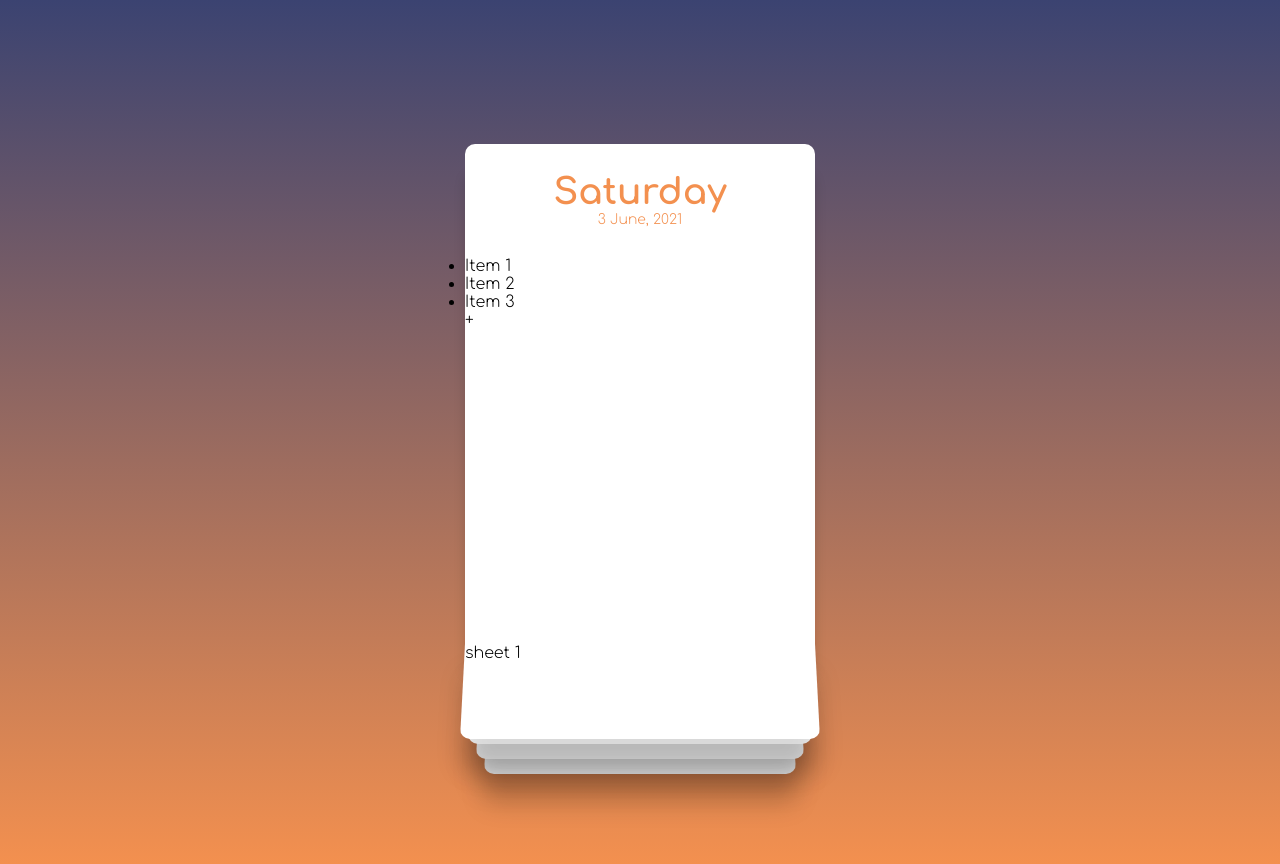
Repository: Colo-Codes/mini-projects
Page: todo-app/index.html
These files come from the project's save history. The page is drawn as it stood at one moment and after the next save; the edit follows.
The browser window is 1280 px wide. The pictures show the whole page.

Above is the page before, as saved 2021-07-04 11:56:28.

After the next save:
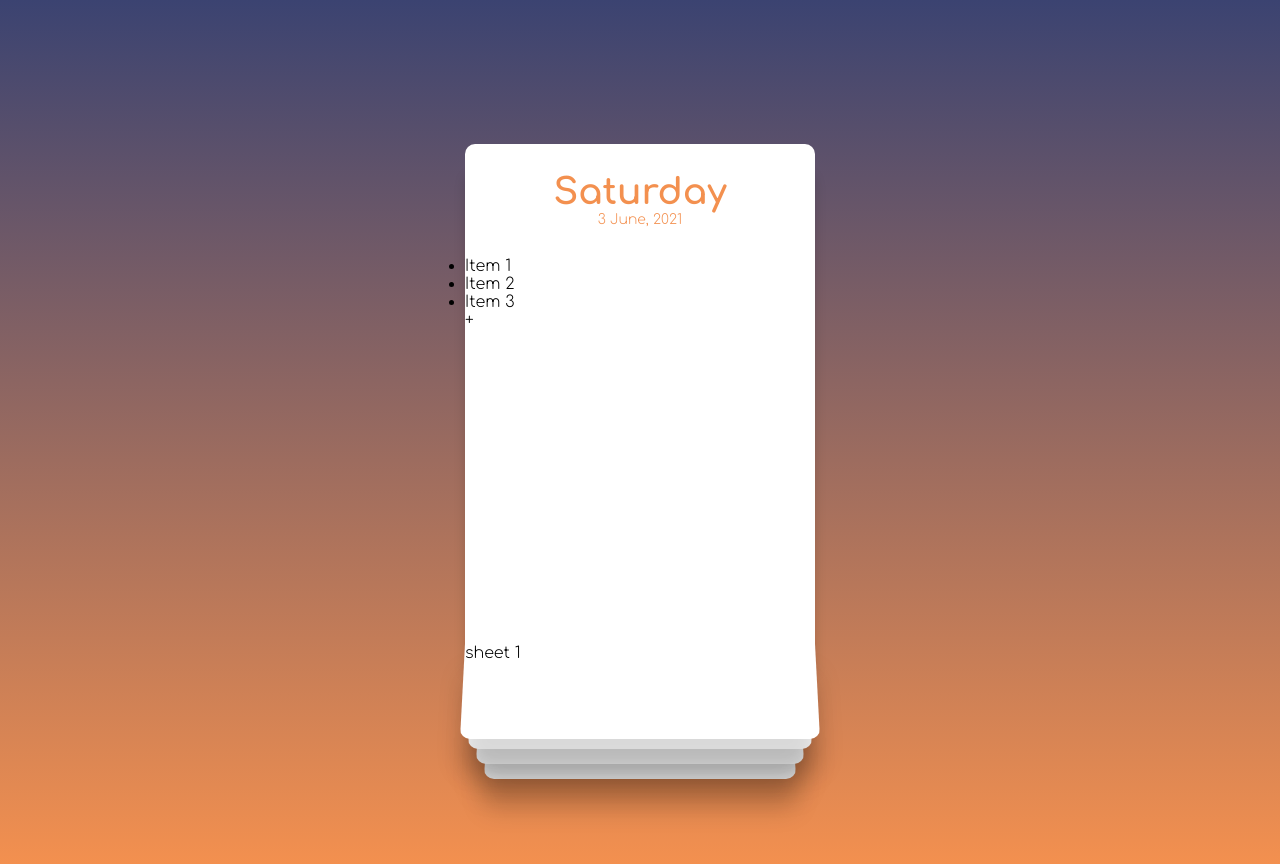
Saved 5 s later.
--- a/todo-app/css/index.css
+++ b/todo-app/css/index.css
@@ -74,7 +74,7 @@ div [id^='sheet-'] {
     width: 344px;
     height: 95px;
     margin: auto;
-    margin-top: -90px;
+    margin-top: -85px;
     border-radius: 0 0 10px 10px;
     position: relative;
     z-index: -1;
